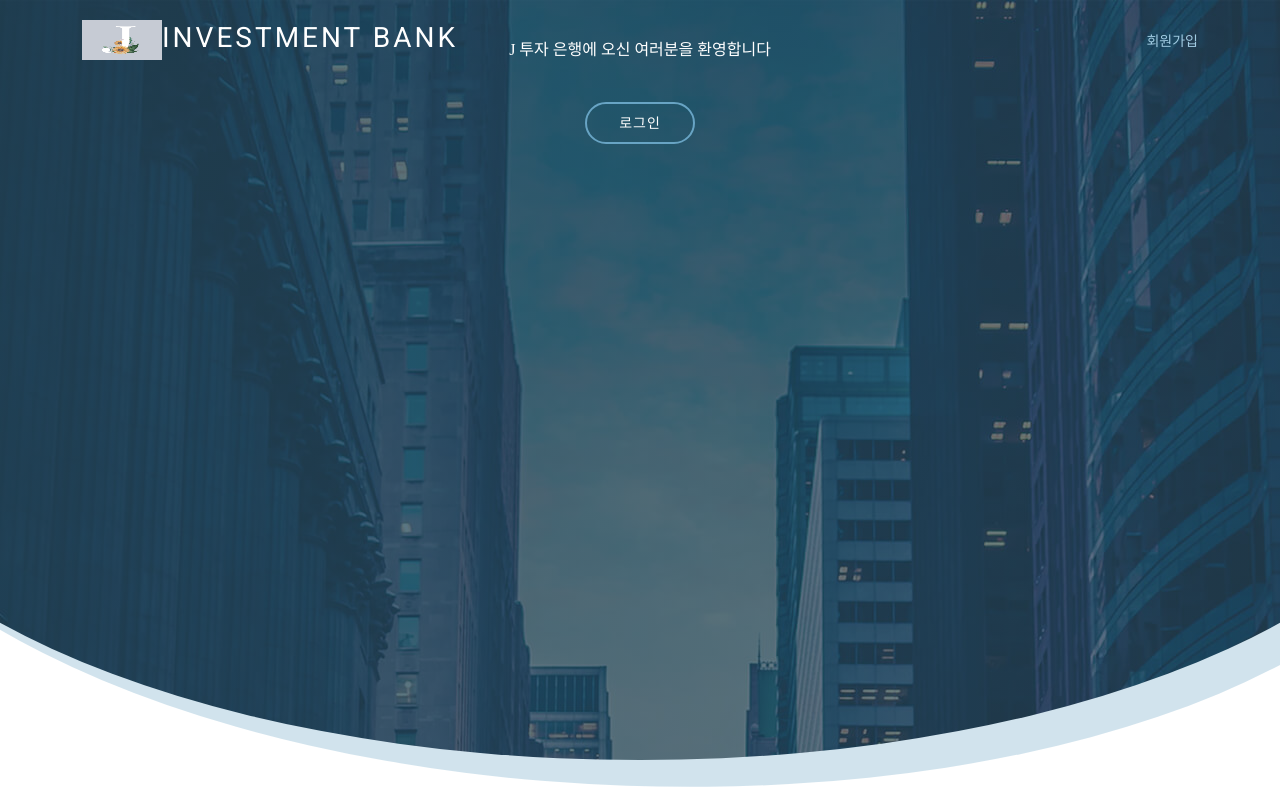
Repository: chopilyeon/HanaOpenBanking
Page: http://localhost/OpenBanking/
An editor plug-in stored every save of this project. The page is shown before and after the next save, followed by the edit.
The browser window is 1280 px wide. The pictures show the whole page.
Some web fonts or font styles are not loaded; a fallback is used. The page is served by Tomcat 9. Other server files are loaded and not shown.

Above is the page before, as saved 2022-07-14 04:53:12.

### OpenBanking/src/main/webapp/index.jsp
<%@ page language="java" contentType="text/html; charset=UTF-8"
    pageEncoding="UTF-8"%>
<!DOCTYPE html>
<html lang="en">

<head>
  <meta charset="utf-8">
  <meta content="width=device-width, initial-scale=1.0" name="viewport">

  <title>Moderna Bootstrap Template - Index</title>
  <meta content="" name="description">
  <meta content="" name="keywords">

  <!-- Favicons -->
  <link href="/OpenBanking/resources/images/img/favicon.png" rel="icon">
  <link href="/OpenBanking/resources/images/img/apple-touch-icon.png" rel="apple-touch-icon">

  <!-- Google Fonts -->
  <link href="https://fonts.googleapis.com/css?family=Open+Sans:300,300i,400,400i,600,600i,700,700i|Roboto:300,300i,400,400i,500,500i,700,700i&display=swap" rel="stylesheet">

  <!-- Vendor CSS Files -->
  <link href="/OpenBanking/resources/css/animate.min.css" rel="stylesheet">
  <link href="/OpenBanking/resources/css/aos.css" rel="stylesheet">
  <link href="/OpenBanking/resources/css/bootstrap.min.css" rel="stylesheet">
  <link href="/OpenBanking/resources/css/bootstrap-icons.css" rel="stylesheet">
  <link href="/OpenBanking/resources/css/boxicons.min.css" rel="stylesheet">
  <link href="/OpenBanking/resources/css/glightbox.min.css" rel="stylesheet">
  <link href="/OpenBanking/resources/css/swiper-bundle.min.css" rel="stylesheet">
  <link href="/OpenBanking/resources/css/onlyForMe.css" rel="stylesheet">



 <!-- FONT -->
<link rel="preconnect" href="https://fonts.googleapis.com">
<link rel="preconnect" href="https://fonts.gstatic.com" crossorigin>
<link href="https://fonts.googleapis.com/css2?family=Libre+Baskerville:ital@1&display=swap" rel="stylesheet">


  <!-- Template Main CSS File -->
  <link href="/OpenBanking/resources/css/style.css" rel="stylesheet">

  <!-- =======================================================
  * Template Name: Moderna - v4.8.0
  * Template URL: https://bootstrapmade.com/free-bootstrap-template-corporate-moderna/
  * Author: BootstrapMade.com
  * License: https://bootstrapmade.com/license/
  ======================================================== -->
</head>

<body>

  <!-- ======= Header ======= -->
  <header id="header" class="fixed-top d-flex align-items-center header-transparent">
    <div class="container d-flex justify-content-between align-items-center">

      <div class="logo">
        <h1 class="text-light"><a href="#"><img src="/OpenBanking/resources/images/J_1.jpg" alt="homepage" width="80" height="180">INVESTMENT BANK</a></h1>
        <!-- Uncomment below if you prefer to use an image logo -->
        <!-- <a href="index.html"><img src="assets/img/logo.png" alt="" class="img-fluid"></a>-->
      </div>

      <nav id="navbar" class="navbar">
        <ul>
          <li><a class="active " href="${pageContext.request.contextPath}/Member/join.do">회원가입</a></li>
        </ul>
        <i class="bi bi-list mobile-nav-toggle"></i>
      </nav><!-- .navbar -->

    </div>
  </header><!-- End Header -->

  <!-- ======= Hero Section ======= -->
  <section id="hero" class="d-flex justify-cntent-center align-items-center onlyme">
    <div id="heroCarousel" class="container carousel carousel-fade" data-bs-ride="carousel" data-bs-interval="5000">
      <!-- Slide 1 -->
      <div class="carousel-item active">
        <div class="carousel-container">
          <h2 class="animate__animated animate__fadeInDown">Welcome to <span>J 투자 은행</span></h2>
          <p class="animate__animated animate__fadeInUp">J 투자 은행에 오신 여러분을 환영합니다</p>
          <a href="${pageContext.request.contextPath}/login.do" class="btn-get-started animate__animated animate__fadeInUp">로그인</a>
        </div>
      </div>
    </div>
  </section><!-- End Hero -->

  <!-- Vendor JS Files -->
  <script src="/OpenBanking/resources/js/purecounter.js"></script>
  <script src="/OpenBanking/resources/js/aos.js"></script>
  <script src="/OpenBanking/resources/js/bootstrap.bundle.min.js"></script>
  <script src="/OpenBanking/resources/js/glightbox.min.js"></script>
  <script src="/OpenBanking/resources/js/isotope.pkgd.min.js"></script>
  <script src="/OpenBanking/resources/js/swiper-bundle.min.js"></script>
  <script src="/OpenBanking/resources/js/noframework.waypoints.js"></script>
  <script src="/OpenBanking/resources/js/validate.js"></script>

  <!-- Template Main JS File -->
  <script src="/OpenBanking/resources/js/main.js"></script>

</body>

</html>

### OpenBanking/src/main/webapp/resources/css/onlyForMe.css
@charset "UTF-8";

body,h2,h3,h4,h5{
	font-family: 'Libre Baskerville', serif;
}

.btn btn-primary{

	font-family: 'Libre Baskerville', serif;

}

h3,p{

	font-family: 'Libre Baskerville', serif;

}





.onlyfor{
	background:url('../images/city.jpg');
	background-size:cover;

}




.onlyfor1{
	background:url('../images/river.jpg');
	background-size:cover;

}




section{
	min-height:800px;

}

.carousel-item{
	height:900px;
}



.carousel-image-1{
	background:url('/OpenBanking/resources/images/city1.jpg');
	background-size:cover;
}

.carousel-image-2{
		background:url('/OpenBanking/resources/images/picture2.jpg');
		background-size:cover;
}

.carousel-image-3{

		background:url('/OpenBanking/resources/images/coffee.jpg');
		background-size:cover;
}



.highcharts-figure,
.highcharts-data-table table {
  min-width: 360px;
  max-width: 800px;
  margin: 1em auto;
}

.highcharts-data-table table {
  font-family: Verdana, sans-serif;
  border-collapse: collapse;
  border: 1px solid #ebebeb;
  margin: 10px auto;
  text-align: center;
  width: 100%;
  max-width: 500px;
}

.highcharts-data-table caption {
  padding: 1em 0;
  font-size: 1.2em;
  color: #555;
}

.highcharts-data-table th {
  font-weight: 600;
  padding: 0.5em;
}

.highcharts-data-table td,
.highcharts-data-table th,
.highcharts-data-table caption {
  padding: 0.5em;
}

.highcharts-data-table thead tr,
.highcharts-data-table tr:nth-child(even) {
  background: #f8f8f8;
}

.highcharts-data-table tr:hover {
  background: #f1f7ff;
}

Loaded but not shown: OpenBanking/src/main/webapp/resources/css/animate.min.css (library); OpenBanking/src/main/webapp/resources/css/aos.css (library); OpenBanking/src/main/webapp/resources/css/bootstrap.min.css (library); OpenBanking/src/main/webapp/resources/css/bootstrap-icons.css (library); OpenBanking/src/main/webapp/resources/css/boxicons.min.css (library); OpenBanking/src/main/webapp/resources/css/glightbox.min.css (library); OpenBanking/src/main/webapp/resources/css/swiper-bundle.min.css (library); OpenBanking/src/main/webapp/resources/js/purecounter.js (library); OpenBanking/src/main/webapp/resources/js/aos.js (library); OpenBanking/src/main/webapp/resources/js/bootstrap.bundle.min.js (library); OpenBanking/src/main/webapp/resources/js/glightbox.min.js (library); OpenBanking/src/main/webapp/resources/js/isotope.pkgd.min.js (library); OpenBanking/src/main/webapp/resources/js/swiper-bundle.min.js (library); OpenBanking/src/main/webapp/resources/js/noframework.waypoints.js (758 lines, source omitted); OpenBanking/src/main/webapp/resources/js/main.js (230 lines, source omitted); OpenBanking/src/main/webapp/resources/js/validate.js (85 lines, source omitted); OpenBanking/src/main/webapp/resources/css/style.css (1988 lines, source omitted)

After the next save:
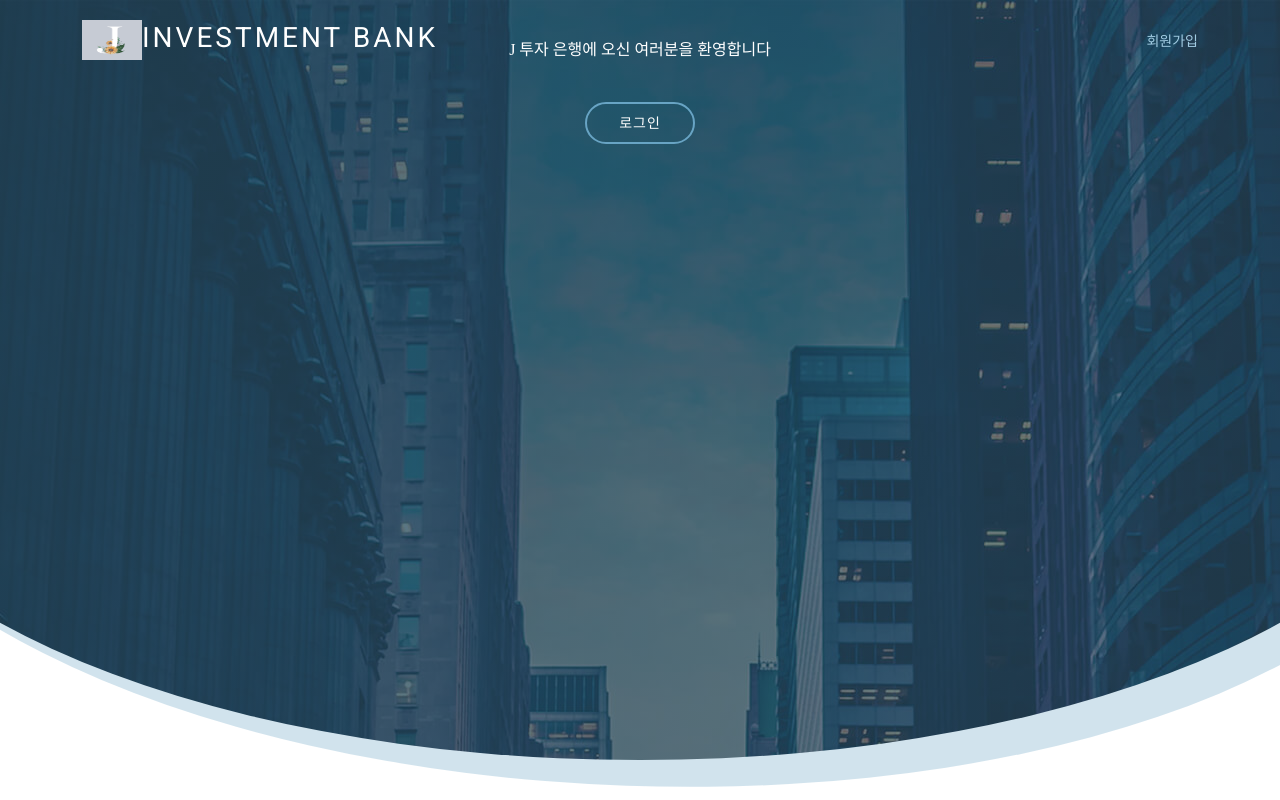
Saved 13 min 28 s later.
--- a/OpenBanking/src/main/webapp/index.jsp
+++ b/OpenBanking/src/main/webapp/index.jsp
@@ -54,7 +54,7 @@
     <div class="container d-flex justify-content-between align-items-center">
 
       <div class="logo">
-        <h1 class="text-light"><a href="#"><img src="/OpenBanking/resources/images/J_1.jpg" alt="homepage" width="80" height="180">INVESTMENT BANK</a></h1>
+        <h1 class="text-light"><a href="#"><img src="/OpenBanking/resources/images/J_1.jpg" alt="homepage" width="60" height="180">INVESTMENT BANK</a></h1>
         <!-- Uncomment below if you prefer to use an image logo -->
         <!-- <a href="index.html"><img src="assets/img/logo.png" alt="" class="img-fluid"></a>-->
       </div>
